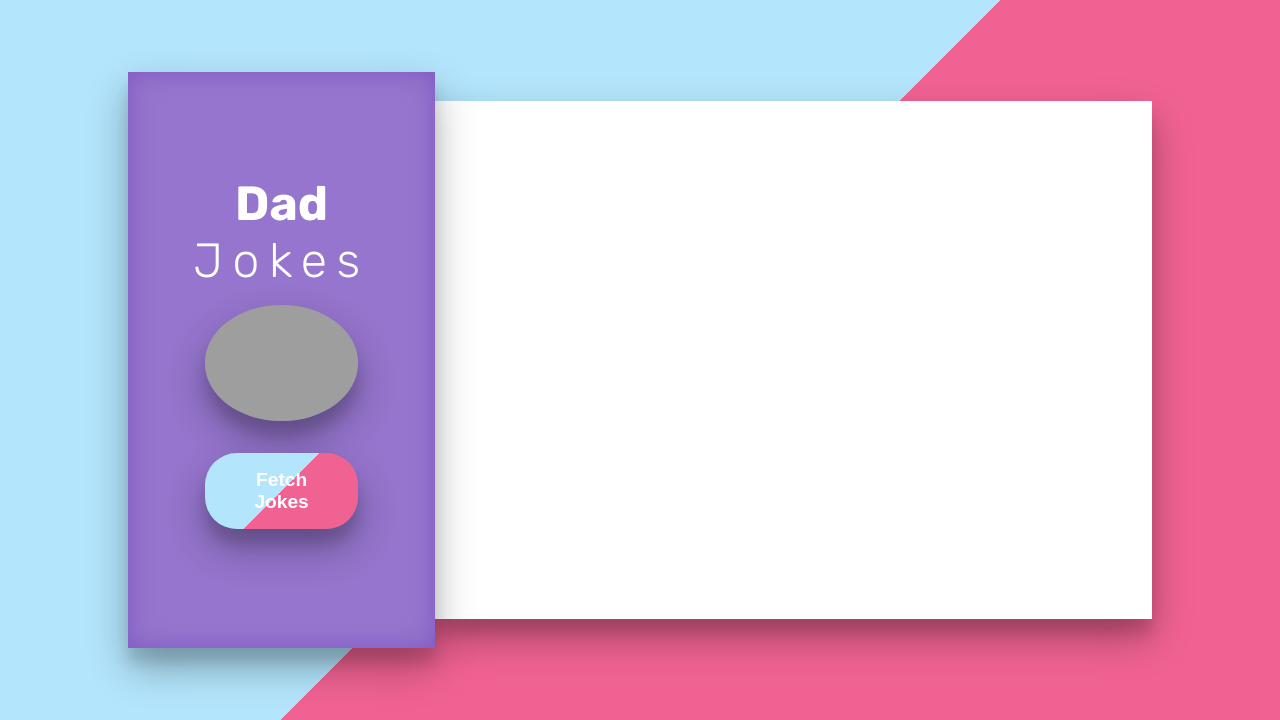
Repository: zhapar/dad-jokes
Page: /
These files come from the project's save history. The page is drawn as it stood at one moment and after the next save; the edit follows.
The browser window is 1280 px wide. The pictures show the whole page.
Pictures or frames that could not be fetched are drawn as grey boxes. The page's requests for data from a server got no answer. The project was rebuilt for these pictures with package versions that can differ from the ones it lists, and the page was loaded fresh each time. No one was signed in, and anything a server would have sent is missing. Also part of the build but not shown: src/Joke.css, src/Joke.js.

Above is the page before, as saved 2020-08-30 15:46:42.

After the next save:
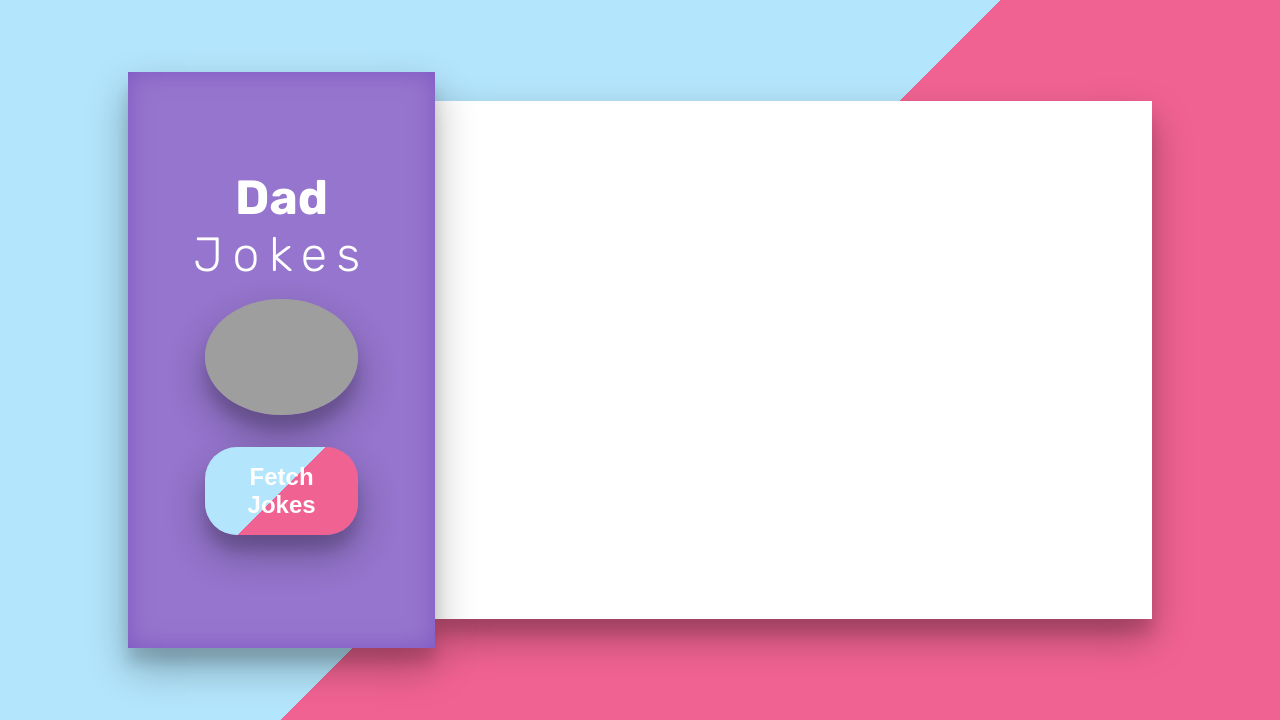
Saved 24 s later.
--- a/src/JokeList.css
+++ b/src/JokeList.css
@@ -51,7 +51,7 @@
 
 .JokeList-getmore {
   width: 50%;
-  font-size: 1.2rem;
+  font-size: 1.5rem;
   margin: 2rem;
   padding: 1rem 2rem;
   border-radius: 2rem;

After the 3 saves that followed:
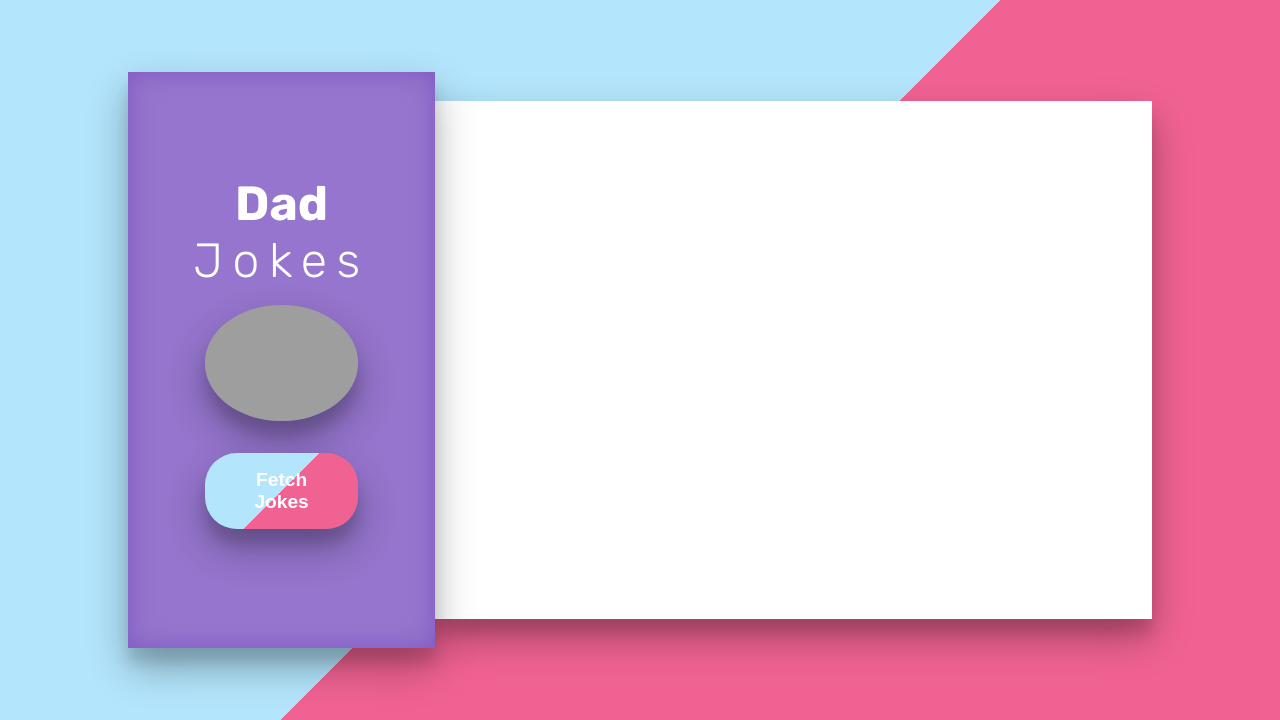
The 3 saves are shown as one change because they came seconds apart.
The last was saved 10 s later.
--- a/src/JokeList.css
+++ b/src/JokeList.css
@@ -51,7 +51,7 @@
 
 .JokeList-getmore {
   width: 50%;
-  font-size: 1.5rem;
+  font-size: 1.2rem;
   margin: 2rem;
   padding: 1rem 2rem;
   border-radius: 2rem;
